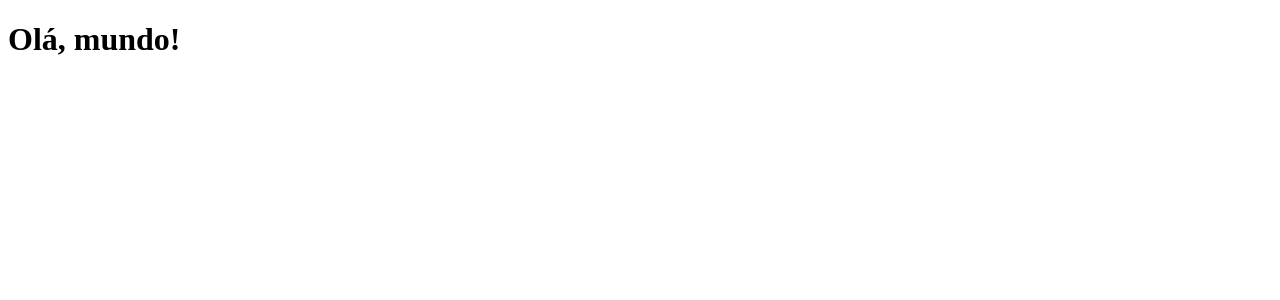
Repository: Rayago/projeto-portfolio
Page: http://localhost/
An editor plug-in stored every save of this project. The page is shown before and after the next save, followed by the edit.
The browser window is 1280 px wide. The pictures show the whole page.
The page is served by the project's application, run on Flask 3 (app.py).

Above is the page before, as saved 2022-07-06 19:48:07.

After the next save:
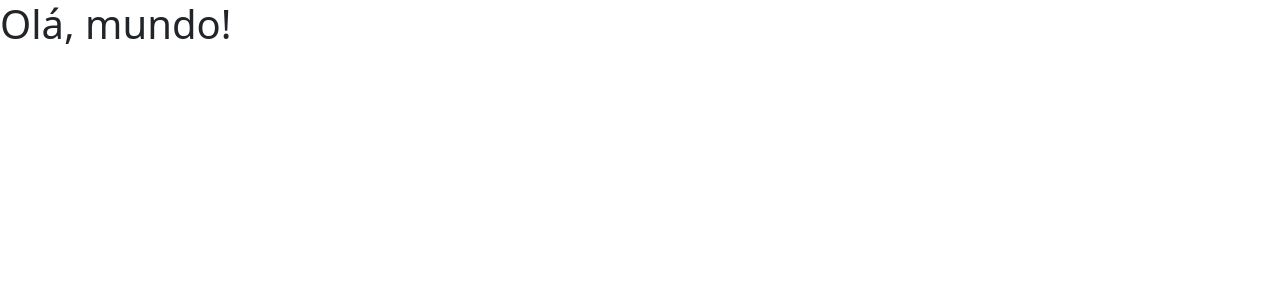
Saved 49 min 7 s later.
--- a/templates/index.html
+++ b/templates/index.html
@@ -4,12 +4,16 @@
     <meta charset="UTF-8">
     <meta http-equiv="X-UA-Compatible" content="IE=edge">
     <meta name="viewport" content="width=device-width, initial-scale=1.0">
+    <link rel="stylesheet" href="../static/bootstrap/css/bootstrap.css">
     <link rel="stylesheet" href="../static/style.css">
     <link rel="icon" type="image/png" href="../static/img">
     <title>Thiago Guimarães</title>
 </head>
 <body>
     <h1>Olá, mundo!</h1>
+
+
+    <script src="../static/bootstrap/js/bootstrap.bundle.js"></script>
     <script src="../static/script.js"></script>
 </body>
 </html>
